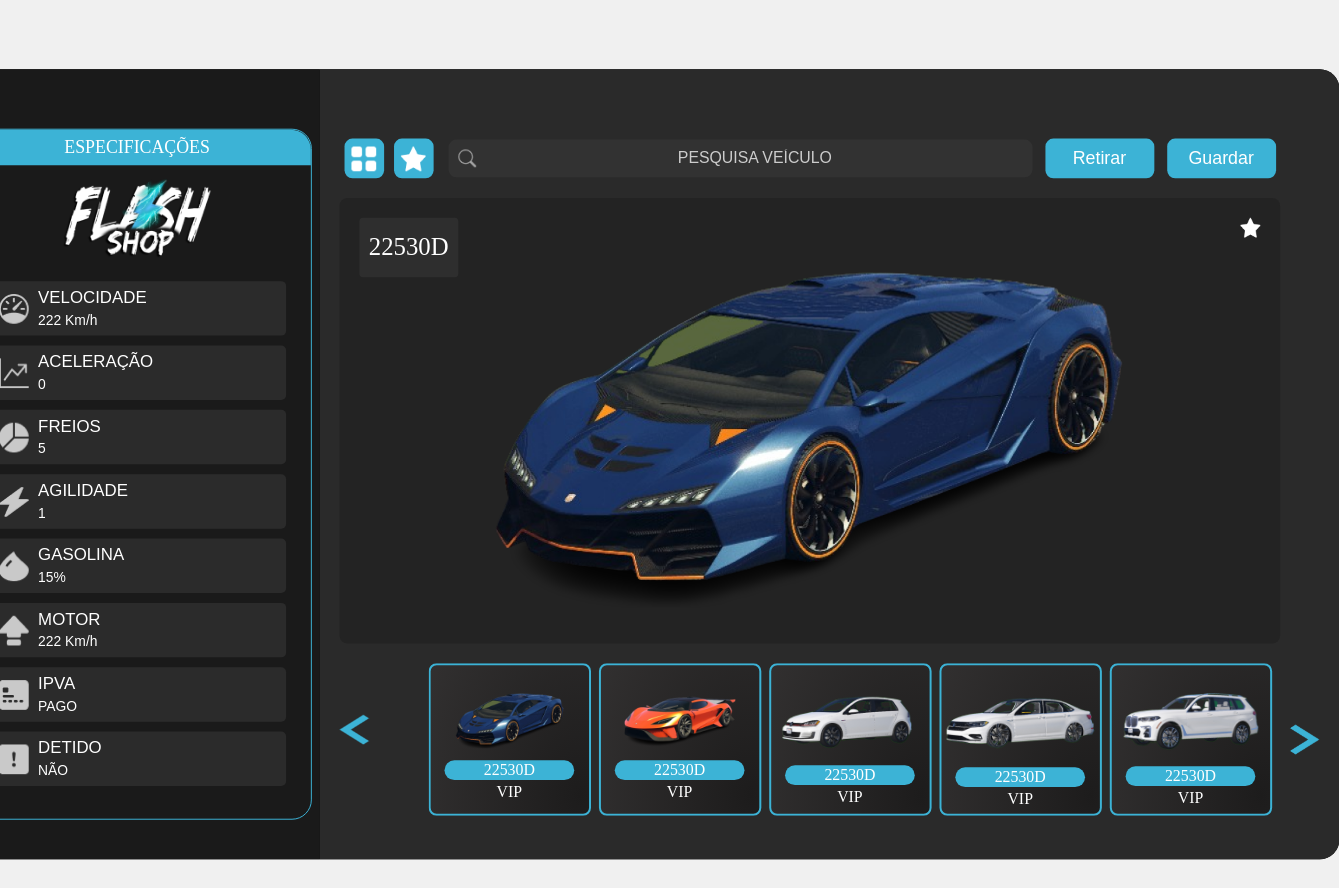
Repository: DuMCorrea/Garagem
Page: index.html
An editor plug-in stored every save of this project. The page is shown before and after the next save, followed by the edit.
The browser window is 1280 px wide. The page is 1353 px wide, so the pictures cover 1353 px, including what lies to the right of the window. The pictures show the whole page, at 99% of full size.
Some web fonts or font styles are not loaded; a fallback is used.

Above is the page before, as saved 2024-08-22 19:54:18.

### index.html
<!DOCTYPE html>
<html lang="pt-BR">
<head>
    <meta charset="UTF-8">
    <meta name="viewport" content="width=device-width, initial-scale=1.0">
    <link href="https://fonts.googleapis.com/css2?family=Baloo+Bhai&display=swap" rel="stylesheet">
    <title>Div Principal</title>
    <link rel="stylesheet" href="styles.css">
</head>
<body>
    <div class="div-principal">
        <div class="div-esquerda">
            <div class="retangulo-informacoes-3 duplicadoo">
                <img src="assets/FlashStore 2.png" alt="Imagem Mecânico" class="imagem-mecanico">
                <div class="titulo-retangulo">ESPECIFICAÇÕES</div>
                <div class="saldo-conteudo">
                    <div class="saldo-item">
                        <img src="assets/Velo.png" alt="Imagem de Carteira" class="saldo-imagem">
                        <div class="saldo-texto">
                            <p class="saldo-titulo">VELOCIDADE</p>
                            <p class="saldo-valor">222 Km/h</p>
                        </div>
                    </div>
                    <div class="saldo-item">
                        <img src="assets/Ace.png" alt="Imagem de Carteira" class="saldo-imagem">
                        <div class="saldo-texto">
                            <p class="saldo-titulo">ACELERAÇÃO</p>
                            <p class="saldo-valor">0</p>
                        </div>
                    </div>
                    <div class="saldo-item">
                        <img src="assets/Freios.png" alt="Imagem de Carteira" class="saldo-imagem">
                        <div class="saldo-texto">
                            <p class="saldo-titulo">FREIOS</p>
                            <p class="saldo-valor">5</p>
                        </div>
                    </div>
                    <div class="saldo-item">
                        <img src="assets/Agi.png" alt="Imagem de Carteira" class="saldo-imagem">
                        <div class="saldo-texto">
                            <p class="saldo-titulo">AGILIDADE</p>
                            <p class="saldo-valor">1</p>
                        </div>
                    </div>
                    <div class="saldo-item">
                        <img src="assets/Gaso.png" alt="Imagem de Carteira" class="saldo-imagem">
                        <div class="saldo-texto">
                            <p class="saldo-titulo">GASOLINA</p>
                            <p class="saldo-valor">15%</p>
                        </div>
                    </div>
                    <div class="saldo-item">
                        <img src="assets/Motor.png" alt="Imagem de Carteira" class="saldo-imagem">
                        <div class="saldo-texto">
                            <p class="saldo-titulo">MOTOR</p>
                            <p class="saldo-valor">222 Km/h</p>
                        </div>
                    </div>
                    <div class="saldo-item">
                        <img src="assets/Ipva.png" alt="Imagem de Carteira" class="saldo-imagem">
                        <div class="saldo-texto">
                            <p class="saldo-titulo">IPVA</p>
                            <p class="saldo-valor">PAGO</p>
                        </div>
                    </div>
                    <div class="saldo-item">
                        <img src="assets/Detido.png" alt="Imagem de Carteira" class="saldo-imagem">
                        <div class="saldo-texto">
                            <p class="saldo-titulo">DETIDO</p>
                            <p class="saldo-valor">NÃO</p>
                        </div>
                    </div>

                </div>
            </div>
        </div>


        <div class="div-direita">
            <div class="retangulo-fundo">
                <!-- Adicionando os quadrados e o input de pesquisa ao fundo -->
                <div class="container-quadrados">
                    <button class="botao-quadrado-azul">
                        <img src="assets/4Quadrados.png" alt="Ícone 1" class="pequena-imagem">
                    </button>
                    <button class="botao-quadrado-azul">
                        <img src="assets/estrela.png" alt="Ícone 2" class="pequena-imagem">
                    </button>
                    <div class="input-container">
                        <input type="text" class="input-pesquisa" placeholder="PESQUISA VEÍCULO">
                        <button class="botao-icone-pesquisa">
                            <img src="assets/lupa (2).png" alt="Ícone Pesquisa" class="icone-pesquisa">
                        </button>
                        <!-- Novos retângulos ao lado do input -->
                        <button class="botao-retangulo-azul">Retirar</button>
                        <button class="botao-retangulo-azul">Guardar</button>
                    </div>
                </div>

                <div class="codigo-overlay">22530D</div>
                <img src="assets/CarroMaior.png" alt="Imagem Central" class="imagem-central">
                <img src="assets/Estrela.png" alt="Ícone Superior Direito" class="imagem-direita">
            </div>

            <!-- Nova seção para os cards com fundo retangular azul claro -->
            <div class="fundo-cards">
                <img src="assets/menorMaior.png" alt="Seta Esquerda" class="seta-esquerda">
                <div class="cards-container">
                    <div class="card">
                        <img src="assets/carro1.png" alt="Card 1" class="card-image">
                        <div class="card-content">
                            <div class="card-code">22530D</div>
                            <div class="card-vip">VIP</div>
                        </div>
                    </div>
                    <div class="card">
                        <img src="assets/carro2.png" alt="Card 2" class="card-image">
                        <div class="card-content">
                            <div class="card-code">22530D</div>
                            <div class="card-vip">VIP</div>
                        </div>
                    </div>
                    <div class="card">
                        <img src="assets/carro3.png" alt="Card 3" class="card-image2">
                        <div class="card-content">
                            <div class="card-code">22530D</div>
                            <div class="card-vip">VIP</div>
                        </div>
                    </div>
                    <div class="card">
                        <img src="assets/carro4.png" alt="Card 4" class="card-image3">
                        <div class="card-content">
                            <div class="card-code">22530D</div>
                            <div class="card-vip">VIP</div>
                        </div>
                    </div>
                    <div class="card">
                        <img src="assets/carro5.png" alt="Card 5" class="card-image4">
                        <div class="card-content">
                            <div class="card-code">22530D</div>
                            <div class="card-vip">VIP</div>
                        </div>
                    </div>
                    <img src="assets/maiorMenor.png" alt="Seta Direita" class="seta-direita">
                </div>
            </div>
        </div>







    </div>
</body>
</html>

### styles.css
body {
    display: flex;
    flex-direction: column;
    align-items: center;
    margin: 0;
    background-color: #f0f0f0;
    font-family: 'Baloo Bhai';
    overflow-y: auto;
    margin-top: 70px;
}

.div-principal {
    position: relative;
    display: flex;
    width: 1425px;
    height: 798px;
    border-radius: 20px;
    background-color: #010101;
    margin-bottom: 20px;
}

.div-esquerda {
    width: 27%; /* Ocupa 30% da largura da div-principal */
    background-color: #1A1A1A; /* Cor de fundo diferente para destaque */
    border-radius: 20px 0px 0px 20px; /* Canto arredondado na esquerda */
    padding: 20px;
}

.div-direita {
    width: 72%; /* Ocupa 70% da largura da div-principal */
    background-color: #2A2A2A; /* Cor de fundo diferente para destaque */
    border-radius: 0px 20px 20px 0px; /* Canto arredondado na direita */
    padding: 20px;
}

.retangulo-informacoes-3 {
    width: 320px;
    height: 232px;
    position: absolute;
    top: 580px;
    left: 462px;
    border-radius: 20px;
    border: 1px solid #3CB3D6;
    background-color: rgba(0, 0, 0, 0); /* Ajuste da opacidade de fundo */
    opacity: 1; /* Visibilidade ativada */
}
.duplicadoo {
    width: 350px;
    height: 696px;
    position: absolute;
    top: 60px;
    left: 35px;
    border-radius: 20px;
    border: 1px solid #3CB3D6;
    background-color: rgba(0, 0, 0, 0); /* Ajuste da opacidade de fundo */
    opacity: 1; /* Visibilidade ativada */
}

.titulo-retangulo {
    width: 100%; /* Ajusta a largura ao do retângulo */
    height: 36px;
    background: #3CB3D6; /* Cor de fundo */
    border-radius: 20px 20px 0 0; /* Arredonda apenas os cantos superiores */
    color: white; /* Cor do texto */
    font-size: 18px; /* Tamanho do texto */
    line-height: 36px; /* Centraliza verticalmente o texto */
    text-align: center; /* Centraliza horizontalmente o texto */
    position: absolute;
    top: 0; /* Alinha o título ao topo do retângulo */
    left: 0; /* Alinha o título à esquerda do retângulo */
}

.status-rectangle {
    width: 300px;
    height: 35px;
    position: absolute;
    top: 130px;
    left: 16px;
    display: flex;
    align-items: center;
    justify-content: space-between; /* Ajuste para espaçar os textos */
    padding: 0 10px; /* Adicione um pequeno padding para afastar o texto das bordas */
    border-radius: 5px;
    opacity: 1; /* Tornar o retângulo visível */
    background: #37373796;
  }
  .status-text {
    font-size: 14px;
    color: #fff;
    font-family: 'Baloo Bhai', sans-serif;
  }

  .imagem-mecanico {
    display: block;
    margin: 0 auto; /* Centraliza a imagem horizontalmente */
    width: 50%; /* Ajuste a largura da imagem conforme necessário */
    height: 25%; /* Ajuste a altura da imagem conforme necessário */
    position: absolute;
    top: 0px; /* Ajuste a posição vertical da imagem */
    left: 50%;
    transform: translateX(-50%); /* Centraliza a imagem em relação ao retângulo */
}








.saldo-imagem {
    width: 30px;
    height: 30px;
    margin-right: 10px; /* Espaçamento entre a imagem e o texto */
}
.saldo-conteudo {
    display: flex;
    flex-direction: column;
    align-items: center;
    justify-content: center;
    height: 100%;
    padding: 10px;
    gap: 10px; /* Espaçamento entre os retângulos */
    margin-top: 50px;
}

.saldo-item {
    display: flex;
    align-items: center;
    width: 280px;
    height: 35px;
    border-radius: 5px;
    background: #37373796;
    padding: 10px;
}

.saldo-texto {
    display: flex;
    flex-direction: column;
    gap: 2px; /* Espaçamento reduzido entre o título e o valor */
    font-family: 'Baloo Bhai', sans-serif;


}

.saldo-titulo {
    font-family: 'Baloo Bhai', sans-serif;
    font-size: 17px;
    font-weight: 400;
    line-height: 20px; /* Ajuste na altura da linha para deixar os textos mais próximos */
    text-align: left;
    color: white;
    margin: 0;
}
.saldo-valor {
    font-family: 'Baloo Bhai', sans-serif;
    font-size: 14px;
    font-weight: 400;
    line-height: 20px; /* Ajuste na altura da linha para deixar os textos mais próximos */
    text-align: left;
    color: white;
    margin: 0;
}



/* DIV DA DIREITA */

/* Estilo para o contêiner dos quadrados e do input de pesquisa */
.container-quadrados {
    position: absolute;
    top: -60px; /* Ajuste para posicionar os quadrados acima do fundo */
    left: 5px; /* Ajuste para mover os quadrados mais para a esquerda */
    display: flex;
    gap: 10px; /* Espaçamento entre os quadrados e o input */
}

.botao-quadrado-azul {
    width: 40px; /* Tamanho do quadrado */
    height: 40px; /* Tamanho do quadrado */
    background-color: #3CB3D6; /* Cor de fundo azul claro */
    display: flex;
    justify-content: center;
    align-items: center;
    border: none; /* Remove a borda padrão */
    border-radius: 8px; /* Bordas arredondadas */
    cursor: pointer; /* Indica que o elemento é clicável */
    padding: 0; /* Remove o padding padrão do botão */
    margin: 0; /* Remove a margem padrão do botão */
}

.pequena-imagem {
    width: 25px; /* Tamanho da imagem */
    height: 25px;
}

/* Estilo para o contêiner do input e ícone */
.input-container {
    position: relative; /* Define o contexto para o ícone */
    margin-left: 5px; /* Espaçamento entre os quadrados e o input */
}

/* Estilo para o input de pesquisa */
.input-pesquisa {
    padding: 10px 10px 10px 40px; /* Espaçamento interno, espaço adicional à esquerda para o ícone */
    width: 540px; /* Largura do input */
    background: rgba(62, 62, 62, 0.42); /* Cor de fundo com opacidade */
    border: none; /* Remove a borda padrão */
    border-radius: 8px; /* Bordas arredondadas */
    color: #fff; /* Cor do texto */
    font-size: 16px; /* Tamanho da fonte */
    text-align: center; /* Centraliza o texto do placeholder */
}

.input-pesquisa::placeholder {
    color: #ccc; /* Cor do placeholder */
}

/* Estilo para o botão da lupa */
.botao-icone-pesquisa {
    position: absolute; /* Alinha o botão com o input */
    left: 10px; /* Alinha o ícone à esquerda dentro do input */
    top: 50%; /* Alinha verticalmente o ícone no centro */
    transform: translateY(-50%); /* Corrige o alinhamento vertical */
    width: 18px; /* Tamanho do botão */
    height: 18px; /* Tamanho do botão */
    background: transparent; /* Remove o fundo do botão */
    border: none; /* Remove a borda padrão do botão */
    cursor: pointer; /* Indica que o botão é clicável */
    padding: 0; /* Remove o padding padrão do botão */
    display: flex; /* Centraliza o ícone dentro do botão */
    justify-content: center;
    align-items: center;
}
/* Estilo para o ícone dentro do botão */
.botao-icone-pesquisa img {
    width: 18px; /* Tamanho do ícone */
    height: 18px; /* Tamanho do ícone */
}

/* Outros estilos existentes */
.retangulo-fundo {
    width: 950px;
    height: 450px;
    background: rgba(29, 28, 28, 0.48); /* Cor com opacidade */
    border-radius: 8px;
    display: flex;
    justify-content: center;
    align-items: center;
    margin-top: 110px;
    position: relative; /* Define a posição relativa para o fundo */
}

.imagem-central {
    width: 650px;
    height: 378.6px;
}

.codigo-overlay {
    position: absolute;
    top: 20px; /* Ajusta a posição para o canto superior */
    left: 20px; /* Ajusta a posição para o canto esquerdo */
    padding: 5px 10px;
    background: rgba(62, 62, 62, 0.42); /* Cor com opacidade */
    border-radius: 4px;
    color: #fff;
    font-size: 25px;
    line-height: 50px;
}

.imagem-direita {
    position: absolute;
    top: 20px; /* Posição no canto superior */
    right: 20px; /* Posição no canto direito */
    width: 20px; /* Ajuste o tamanho conforme necessário */
    height: 20px; /* Ajuste o tamanho conforme necessário */
}

.botao-quadrado-azul img {
    width: 25px; /* Tamanho da imagem */
    height: 25px;
}
/* Estilo para os botões dos retângulos */
.botao-retangulo-azul {
    width: 110px; /* Largura dos retângulos */
    height: 40px; /* Altura dos retângulos */
    background-color: #3CB3D6; /* Cor de fundo azul claro */
    display: flex;
    justify-content: center;
    align-items: center;
    border: none; /* Remove a borda padrão */
    border-radius: 8px; /* Bordas arredondadas */
    color: #fff; /* Cor do texto */
    font-size: 18px; /* Tamanho da fonte */
    cursor: pointer; /* Indica que o elemento é clicável */
    margin-left: 12px; /* Espaçamento entre o input e os retângulos */
    padding: 0; /* Remove o padding padrão do botão */
}

/* Estilo para o contêiner do input e ícone, ajustando o espaço para os retângulos */
/* Ajusta o contêiner do input e ícone para incluir os botões */
.input-container {
    position: relative; /* Define o contexto para o ícone e botões */
    margin-left: 5px; /* Espaçamento entre os quadrados e o input */
    display: flex; /* Organiza os itens horizontalmente */
    align-items: center; /* Alinha verticalmente os itens */
    gap: 1px; /* Espaçamento entre os itens */
}




/* Estilo para o código do card com fundo retangular azul */
.card-code {
    font-size: 16px; /* Tamanho da fonte ajustado */
    margin-bottom: 3px; /* Espaçamento abaixo do código */
    margin-top: 7px;
    background: #3CB3D6; /* Cor de fundo azul */
    color: #fff; /* Cor do texto branca para contraste */
    padding: 1px 40px; /* Espaçamento interno */
    border-radius: 10px; /* Bordas arredondadas */
    display: inline-block; /* Garante que o fundo azul se ajuste ao texto */
}

/* Estilo para a nova seção de cards */
.cards-container {
    display: flex; /* Organiza os cards horizontalmente */
    justify-content: flex-start; /* Alinha os cards no início da linha */
    flex-wrap: nowrap; /* Não permite quebra de linha, todos os cards na mesma linha */
    gap: 8px; /* Espaçamento entre os cards */
    margin-top: 20px; /* Espaçamento acima dos cards */
    margin-left: 50px; /* Espaçamento à esquerda da div para mover os cards mais para a direita */
    overflow-x: auto; /* Permite rolagem horizontal se os cards não cabem na tela */
}

/* Estilo para cada card */
.card {
    width: 160px; /* Largura aumentada do card */
    height: 150px; /* Altura aumentada do card */
    background: radial-gradient(547.21% 823.76% at 94.51% 88.04%, #1D1C1C 0%, #837E7E 100%); /* Cor de fundo do card */
    border: 2px solid #3CB3D6; /* Borda do card */
    border-radius: 8px; /* Bordas arredondadas */
    display: flex; /* Organiza o conteúdo verticalmente */
    flex-direction: column; /* Organiza os itens na vertical */
    align-items: center; /* Alinha o conteúdo horizontalmente no centro */
    justify-content: center; /* Alinha o conteúdo verticalmente no centro */
    overflow: hidden; /* Esconde qualquer parte do conteúdo que exceda os limites do card */
}

/* Estilo para a imagem do card */
.card-image {
    width: 70%; /* Largura da imagem */
    height: 40%; /* Altura da imagem reduzida */
    object-fit: cover; /* Cobre o espaço do card mantendo a proporção da imagem */
    margin-top: 15px;
}
.card-image2 {
    width: 120%; /* Largura da imagem */
    height: 80%; /* Altura da imagem reduzida */
    object-fit: cover; /* Cobre o espaço do card mantendo a proporção da imagem */
    margin-bottom: -20px;
    margin-top: -14px;
}
.card-image3 {
    width: 110%; /* Largura da imagem */
    height: 80%; /* Altura da imagem reduzida */
    object-fit: cover; /* Cobre o espaço do card mantendo a proporção da imagem */
    margin-bottom: -18px;
    margin-top: -12px;
}
.card-image4 {
    width: 100%; /* Largura da imagem */
    height: 70%; /* Altura da imagem reduzida */
    object-fit: cover; /* Cobre o espaço do card mantendo a proporção da imagem */
    margin-top: 0px;
    margin-bottom: -17px;
}

/* Estilo para o conteúdo do card */
.card-content {
    width: 100%; /* Largura do conteúdo */
    text-align: center; /* Centraliza o texto */
    color: #fff; /* Cor do texto */
    padding: 5px 0; /* Espaçamento interno */
}

/* Estilo para o código do card */
.card-code {
    font-size: 16px; /* Tamanho da fonte ajustado */
    margin-bottom: 3px; /* Espaçamento abaixo do código */
}



/* Estilo para a seta esquerda */
.seta-esquerda {
    width: 30px; /* Ajuste o tamanho conforme necessário */
    height: 30px;
    cursor: pointer; /* Indica que a seta é clicável */
    align-self: center; /* Centraliza verticalmente a seta em relação aos cards */
    margin-right: 10px; /* Espaçamento entre a seta e o primeiro card */
}

/* Estilo para a seta direita */
.seta-direita {
    width: 30px; /* Ajuste o tamanho conforme necessário */
    height: 30px;
    cursor: pointer; /* Indica que a seta é clicável */
    align-self: center; /* Centraliza verticalmente a seta em relação aos cards */
    margin-left: 10px; /* Espaçamento entre a seta e o último card */
}
/* Estilo para a nova seção de cards */
.fundo-cards {
    display: flex; /* Organiza as setas e os cards na horizontal */
    align-items: center; /* Alinha os itens verticalmente ao centro */
    justify-content: center; /* Centraliza o conteúdo */
}

After the next save:
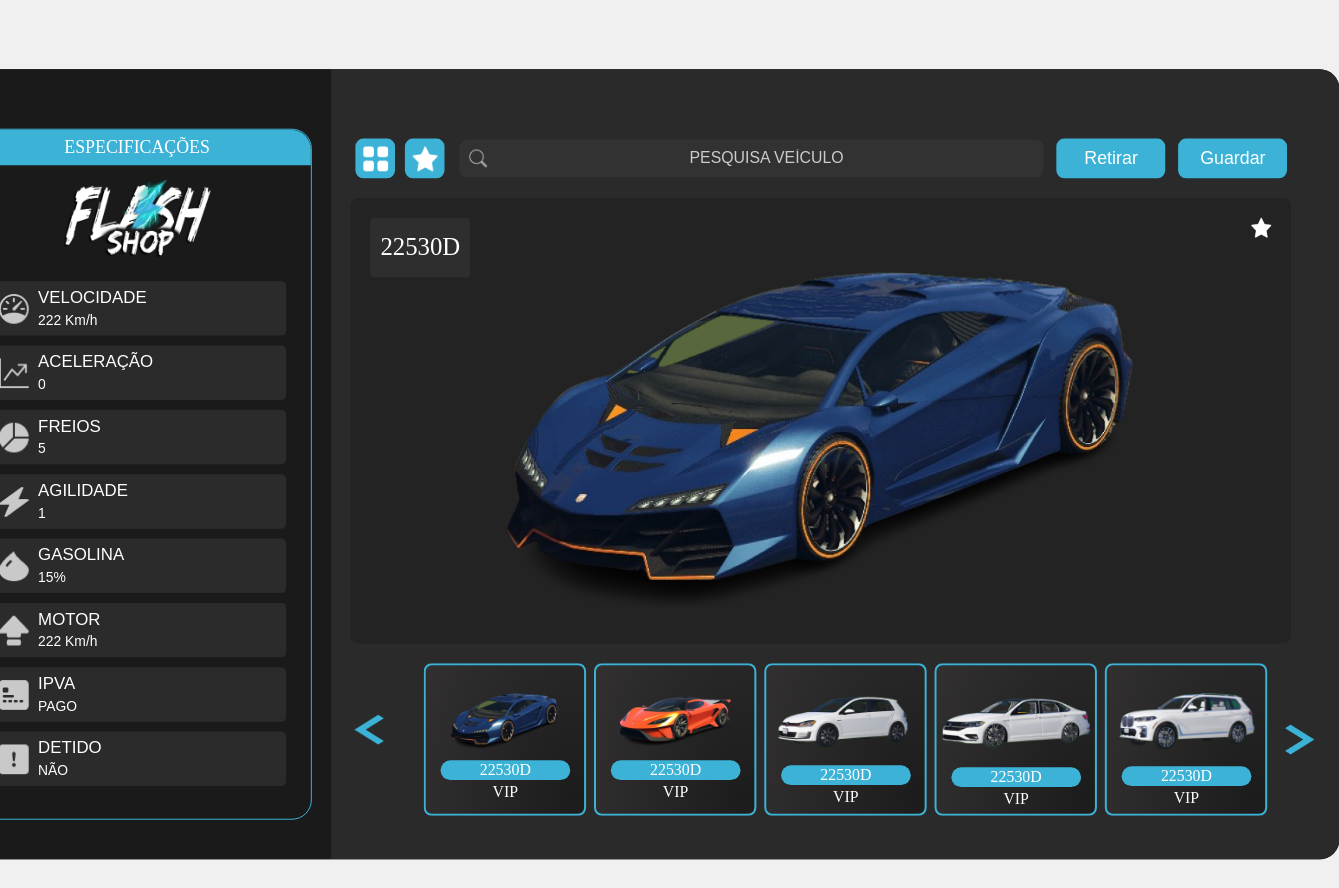
Saved 24 s later.
--- a/styles.css
+++ b/styles.css
@@ -329,7 +329,7 @@
     flex-wrap: nowrap; /* Não permite quebra de linha, todos os cards na mesma linha */
     gap: 8px; /* Espaçamento entre os cards */
     margin-top: 20px; /* Espaçamento acima dos cards */
-    margin-left: 50px; /* Espaçamento à esquerda da div para mover os cards mais para a direita */
+    margin-left: 30px; /* Espaçamento à esquerda da div para mover os cards mais para a direita */
     overflow-x: auto; /* Permite rolagem horizontal se os cards não cabem na tela */
 }
 
